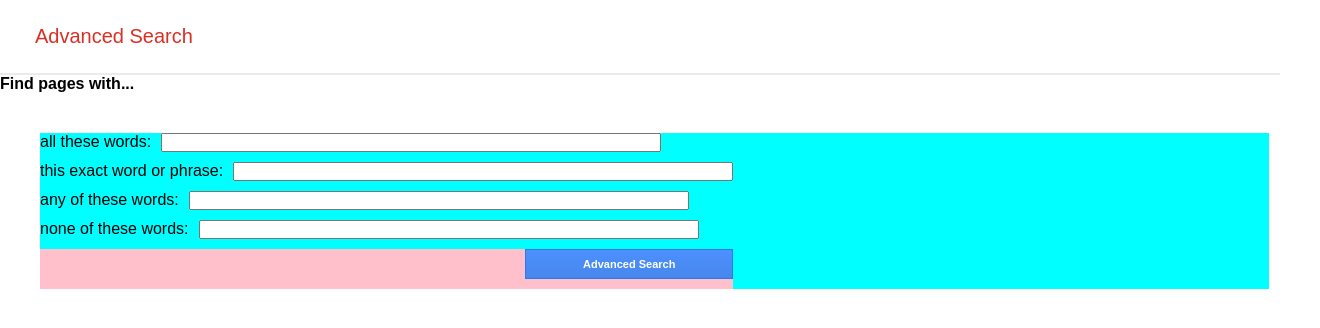
Repository: etentuk/search
Page: advanced_search.html
These files come from the project's save history. The page is drawn as it stood at one moment and after a run of saves; the edit follows.
The browser window is 1280 px wide. The page is 1280 px wide, then 1320 px, then 1280 px, so the pictures cover 1320 px, including what lies to the right of the window. The pictures show the whole page.

Above is the page before, as saved 2021-11-05 00:44:28.

After the next 2 saves:
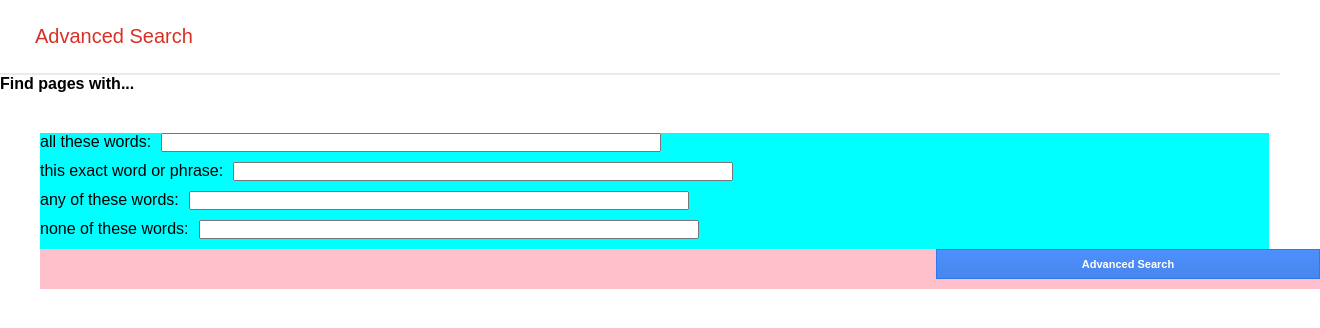
The 2 saves are shown as one change because they came seconds apart.
The last was saved 10 s later.
--- a/styles.css
+++ b/styles.css
@@ -20,7 +20,7 @@
 }
 
 .form-input {
-  width: 100h;
+  width: 100vw;
   display: flex;
   flex-direction: row;
 }

After the save that followed:
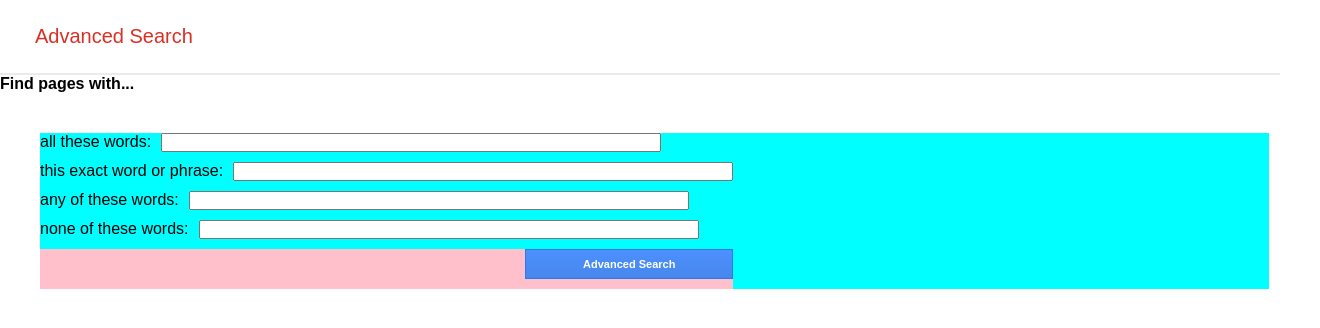
Saved 9 s later.
--- a/styles.css
+++ b/styles.css
@@ -20,7 +20,6 @@
 }
 
 .form-input {
-  width: 100vw;
   display: flex;
   flex-direction: row;
 }
